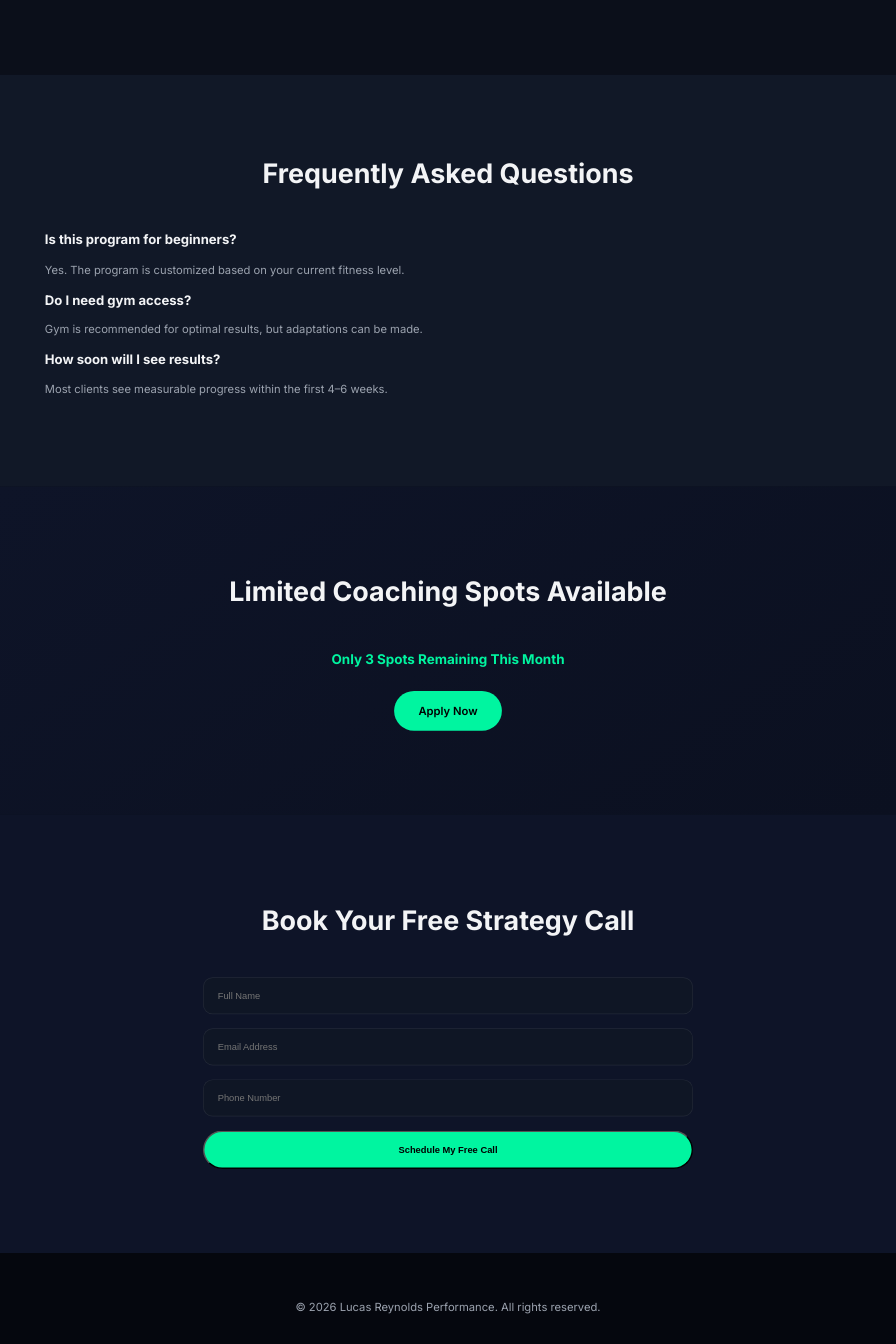
Repository: davidfsillva/Landing-page-pro
Page: index.html
These files come from the project's save history. The page is drawn as it stood at one moment and after the next save; the edit follows.
The browser window is 1280 px wide. The pictures show the part of the page from y = 4580 to 6500 px (the page is 6525 px tall before and 6545 px after), at 70% of full size.

Above is the page before, as saved 2026-02-26 17:57:50.

### index.html
<!DOCTYPE html>
<html lang="en">
<head>
    <!-- ================= BASIC META ================= -->
    <meta charset="UTF-8">
    <meta name="viewport" content="width=device-width, initial-scale=1.0, maximum-scale=5.0">
    <meta name="robots" content="index, follow">
    <link rel="canonical" href="https://www.lucasreynolds.com">

    <!-- ================= SEO ================= -->
    <title>Lucas Reynolds | Elite Personal Trainer</title>
    <meta name="description" content="Elite personal training focused on fat loss, muscle building and peak performance. Customized programs, strategic nutrition and real accountability. Book your free fitness consultation today.">

    <!-- ================= OPEN GRAPH ================= -->
    <meta property="og:title" content="Lucas Reynolds | Transform Your Body in 90 Days">
    <meta property="og:description" content="Personalized training programs with proven results. Limited spots available.">
    <meta property="og:type" content="website">
    <meta property="og:image" content="https://placehold.co/1200x630/0B1020/00FF99?text=LUCAS+REYNOLDS">
    <meta property="og:url" content="https://www.lucasreynolds.com">
    <meta name="twitter:card" content="summary_large_image">

    <!-- FONTS -->
    <link rel="preconnect" href="https://fonts.googleapis.com">
    <link href="https://fonts.googleapis.com/css2?family=Inter:wght@300;400;600;700;800&display=swap" rel="stylesheet">

    <link rel="stylesheet" href="style.css">
</head>

<body>

<header class="header">
  <div class="container header-flex">
      <div class="logo">LUCAS REYNOLDS</div>

      <button class="menu-toggle" id="menuToggle">☰</button>

      <nav class="nav" id="nav">
        <a href="#home">Home</a>
        <a href="#about">About</a>
        <a href="#method">Method</a>
        <a href="#results">Results</a>
        <a href="#contact" class="nav-cta">Book Call</a>
      </nav>
  </div>
</header>

<main>

<!-- HERO -->
<section id="home" class="hero">
    <div class="hero-overlay"></div>
    <div class="container hero-grid">

        <div class="hero-content">
            <div class="hero-badge">
                Trusted by 320+ Clients Worldwide
            </div>

            <h1>
                BUILD YOUR ELITE BODY
                <span>IN 90 DAYS.</span>
            </h1>

            <p>
                High-performance coaching for ambitious men who want visible results,
                structured training and real accountability.
            </p>

            <div class="hero-buttons">
                <a href="#contact" class="btn btn-primary">
                    Book Free Strategy Call
                </a>
            </div>

            <div class="hero-proof">
                <div>
                    <strong>320+</strong>
                    <small>Transformations</small>
                </div>

                <div>
                    <strong>8+ Years</strong>
                    <small>Experience</small>
                </div>
            </div>
        </div>

    </div>
</section>

<!-- AUTHORITY -->
<section class="section authority">
    <div class="container">
        <h2>Proven Performance Coaching</h2>

        <div class="grid-3">
            <div class="card">
                <h3>Certified Performance Specialist</h3>
                <p>Advanced certifications in strength training, nutrition strategy and metabolic optimization.</p>
            </div>

            <div class="card">
                <h3>8+ Years of Experience</h3>
                <p>Coaching executives, entrepreneurs and high-performing professionals worldwide.</p>
            </div>

            <div class="card">
                <h3>Data-Driven Approach</h3>
                <p>Every decision is backed by measurable performance metrics and structured progression.</p>
            </div>
        </div>
    </div>
</section>

<!-- ABOUT (Problem) -->
<section id="about" class="section">
    <div class="container">
        <h2>Why Most People Fail</h2>

        <div class="grid-3">

            <div class="card">
                <h3>Generic Workouts</h3>
                <p>Most programs are copied from the internet and built for everyone — which means they’re built for no one.</p>
            </div>

            <div class="card">
                <h3>Poor Nutrition</h3>
                <p>Extreme dieting, random calorie cutting and unsustainable routines destroy consistency.</p>
            </div>

            <div class="card">
                <h3>No Accountability</h3>
                <p>Without structured guidance and weekly adjustments, discipline fades fast.</p>
            </div>

        </div>
    </div>
</section>

<!-- SOLUTION BRIDGE -->
<section class="section section-dark solution">
    <div class="container">
        <h2>The Solution: Structure + Strategy + Accountability</h2>
        <p class="section-sub">
            Real transformation happens when training, nutrition and mindset work together.
        </p>
    </div>
</section>

<!-- METHOD -->
<section id="method" class="section section-dark">
    <div class="container">
        <h2>The Reynolds Method</h2>

        <div class="method-list">
            <div class="method-item" data-step="01">
                <strong>Full Performance Assessment</strong>
                <p>Deep evaluation before building your transformation plan.</p>
            </div>

            <div class="method-item" data-step="02">
                <strong>Precision Custom Program</strong>
                <p>Engineered around your specific goals with measurable benchmarks.</p>
            </div>

            <div class="method-item" data-step="03">
                <strong>Strategic Nutrition System</strong>
                <p>Structured framework aligned with metabolism and lifestyle.</p>
            </div>

            <div class="method-item" data-step="04">
                <strong>Elite Accountability Protocol</strong>
                <p>Weekly tracking and strategic adjustments.</p>
            </div>
        </div>
    </div>
</section>

<!-- BENEFITS -->
<section class="section benefits">
    <div class="container">
        <h2>What You’ll Achieve</h2>

        <div class="grid-3">
            <div class="card">
                <h3>Visible Fat Loss</h3>
                <p>Reduce body fat while preserving lean muscle mass.</p>
            </div>

            <div class="card">
                <h3>Lean Muscle Gain</h3>
                <p>Build a strong, aesthetic and high-performance physique.</p>
            </div>

            <div class="card">
                <h3>Peak Confidence</h3>
                <p>Develop discipline and mindset that extend beyond the gym.</p>
            </div>
        </div>
    </div>
</section>

<!-- RESULTS -->
<section id="results" class="section">
    <div class="container">
        <h2>Transformation Case Study Concepts</h2>

        <div class="grid-3">

            <div class="testimonial">
                <img src="img/card1.webp" alt="Fitness transformation concept">
                <p>"In 16 weeks, measurable strength gains and fat reduction."</p>
                <span>Sample Case Study Concept</span>
            </div>

            <div class="testimonial">
                <img src="img/card2.webp" alt="Fitness coaching concept">
                <p>"Structured check-ins created sustainable progress."</p>
                <span>Sample Case Study Concept</span>
            </div>

            <div class="testimonial">
                <img src="img/card3.webp" alt="Elite fitness result concept">
                <p>"Personalized programming transformed performance."</p>
                <span>Sample Case Study Concept</span>
            </div>

        </div>
    </div>
</section>

<!-- FAQ -->
<section class="section section-dark faq">
    <div class="container">
        <h2>Frequently Asked Questions</h2>

        <div class="faq-item">
            <h3>Is this program for beginners?</h3>
            <p>Yes. The program is customized based on your current fitness level.</p>
        </div>

        <div class="faq-item">
            <h3>Do I need gym access?</h3>
            <p>Gym is recommended for optimal results, but adaptations can be made.</p>
        </div>

        <div class="faq-item">
            <h3>How soon will I see results?</h3>
            <p>Most clients see measurable progress within the first 4–6 weeks.</p>
        </div>
    </div>
</section>

<!-- LIMITED SPOTS -->
<section class="section section-dark urgency">
    <div class="container">
        <h2>Limited Coaching Spots Available</h2>

        <div class="urgency-highlight">
            <strong>Only 3 Spots Remaining This Month</strong>
        </div>

        <a href="#contact" class="btn btn-primary">Apply Now</a>
    </div>
</section>

<!-- CONTACT -->
<section id="contact" class="section cta">
    <div class="container contact-container">

        <h2>Book Your Free Strategy Call</h2>

        <form class="form contact-form">

            <div class="input-group">
                <input type="text" placeholder="Full Name" required>
            </div>

            <div class="input-group">
                <input type="email" placeholder="Email Address" required>
            </div>

            <div class="input-group">
                <input type="tel" placeholder="Phone Number" required>
            </div>

            <button type="submit" class="btn btn-primary btn-full">
                Schedule My Free Call
            </button>

        </form>
    </div>
</section>

</main>

<footer class="footer">
    <div class="container">
        <p>© 2026 Lucas Reynolds Performance. All rights reserved.</p>
    </div>
</footer>

<script src="script.js"></script>
</body>
</html>

### style.css
/* ===============================
   RESET
=================================*/
*,
*::before,
*::after {
    margin: 0;
    padding: 0;
    box-sizing: border-box;
}

/* ===============================
   VARIABLES
=================================*/
:root {
    --bg: #0B0F1A;
    --bg-dark: #111827;
    --card: #161F2E;

    --text: #F3F4F6;
    --muted: #9CA3AF;

    --accent: #00F5A0;

    --radius: 18px;
    --transition: 0.35s ease;
}

/* ===============================
   BASE
=================================*/
body {
    font-family: 'Inter', sans-serif;
    background: var(--bg);
    color: var(--muted);
    line-height: 1.6;
    overflow-x: hidden;
}

.container {
    width: 90%;
    max-width: 1200px;
    margin: auto;
}

.section {
    padding: 110px 0;
}

.section-dark {
    background: var(--bg-dark);
}

h1, h2, h3 {
    color: var(--text);
}

h1 {
    font-size: clamp(2rem, 4vw, 3rem);
    line-height: 1.2;
}

h1 span {
    color: var(--accent);
}

h2 {
    font-size: clamp(1.8rem, 3vw, 2.4rem);
    margin-bottom: 50px;
    text-align: center;
}

p {
    margin: 15px 0;
}

a {
    text-decoration: none;
}

.nav a.active {
    color: var(--accent);
    font-weight: 600;
}

/* ===============================
   BUTTONS
=================================*/
.btn {
    display: inline-block;
    padding: 16px 35px;
    border-radius: 50px;
    font-weight: 600;
    transition: var(--transition);
    cursor: pointer;
}

.btn-primary {
    background: var(--accent);
    color: #000;
}

.btn-primary:hover {
    transform: translateY(-4px);
    box-shadow: 0 15px 35px -10px rgba(0,245,160,0.6);
}

/* ===============================
   HEADER
=================================*/
.header {
    position: fixed;
    width: 100%;
    background: rgba(11,15,26,0.85);
    backdrop-filter: blur(10px);
    padding: 20px 0;
    z-index: 1000;
}

.header-flex {
    display: flex;
    justify-content: space-between;
    align-items: center;
}

.logo {
    font-weight: 800;
    color: var(--accent);
    letter-spacing: 1px;
}

.nav {
    display: flex;
    gap: 30px;
}

.nav a {
    color: var(--muted);
    font-weight: 500;
    transition: var(--transition);
}

.nav a:hover {
    color: var(--accent);
}

.nav-cta {
    color: var(--accent);
}

.menu-toggle {
    display: none;
    background: none;
    border: none;
    color: var(--accent);
    font-size: 1.6rem;
}

/* ===============================
   HERO
=================================*/
.hero {
    height: 100vh;
    display: flex;
    align-items: center;
    background: url('img/pexels-ardit-mbrati-216809103-18187618.jpg') center right/cover no-repeat;
    position: relative;
    padding-top: 100px;
}

.hero-overlay {
    position: absolute;
    inset: 0;
    background: linear-gradient(270deg, rgba(11,15,26,0.2), rgba(11,15,26,1));
}

.hero-grid {
    position: relative;
}

.hero-content {
    max-width: 600px;
}

.hero-badge {
    background: rgba(0,245,160,0.1);
    color: var(--accent);
    padding: 8px 18px;
    border-radius: 50px;
    display: inline-block;
    margin-bottom: 25px;
    font-size: 0.85rem;
}

.hero-proof {
    display: flex;
    gap: 50px;
    margin-top: 40px;
}

.hero-proof strong {
    color: var(--accent);
    font-size: 1.6rem;
    display: block;
}

/* ===============================
   GRID SYSTEM
=================================*/
.grid-3 {
    display: grid;
    grid-template-columns: repeat(3, 1fr);
    gap: 35px;
}

/* ===============================
   CARD
=================================*/
.card,
.testimonial {
    background: linear-gradient(145deg, #121A2B, #0E1524);
    padding: 40px 30px;
    border-radius: var(--radius);
    border: 1px solid rgba(255,255,255,0.04);
    transition: var(--transition);
}

.card:hover,
.testimonial:hover {
    transform: translateY(-10px);
    border-color: var(--accent);
    box-shadow: 0 25px 60px -20px rgba(0,245,160,0.4);
}

.card h3 {
    color: var(--accent);
    margin-bottom: 15px;
}

/* ===============================
   METHOD
=================================*/
.method-list {
    display: grid;
    gap: 30px;
    margin-top: 60px;
}

.method-item {
    position: relative;
    background: linear-gradient(145deg, #141C2F, #0F1625);
    padding: 35px 40px 35px 90px;
    border-radius: var(--radius);
    border: 1px solid rgba(255,255,255,0.05);
    transition: var(--transition);
    overflow: hidden; /* IMPORTANTE */

}

.method-item::before {
    content: "";
    position: absolute;
    left: 0;
    top: 0;
    width: 6px;
    height: 100%;
    background: var(--accent);
    border-top-left-radius: var(--radius);
    border-bottom-left-radius: var(--radius);
}

.method-item::after {
    content: attr(data-step);
    position: absolute;
    right: 30px;
    top: 20px;
    font-size: 4rem;
    font-weight: 800;
    color: rgba(255,255,255,0.05);
}

.method-item:hover {
    transform: translateY(-10px);
    border-color: var(--accent);
    box-shadow: 0 25px 60px -20px rgba(0,245,160,0.4);
}

.method-item strong {
    display: block;
    color: var(--text);
    margin-bottom: 10px;
}

.solution {
    text-align: center;
}

.section-sub {
    max-width: 650px;
    margin: 0 auto;
    font-size: 1rem;
    color: var(--muted);
}

/* ===============================
   TESTIMONIAL
=================================*/
#results {
    text-align: center;
}

.testimonial {
    text-align: center;
}

.testimonial img {
    width: 100%;
    border-radius: 14px;
    margin-bottom: 20px;
}

.testimonial span {
    display: block;
    margin-top: 15px;
    font-weight: 600;
    color: var(--accent);
}

/* ===============================
   URGENCY
=================================*/
.urgency {
    text-align: center;
    background: linear-gradient(145deg, #0E1428, #0B1020);
    padding: 120px 0;
}

.urgency-highlight {
    margin: 30px 0;
    font-size: 1.2rem;
    color: var(--accent);
}

/* ===============================
   CONTACT
=================================*/
.cta {
    background: #0E1428;
    text-align: center;
    padding: 120px 0;
}

.contact-container {
    max-width: 700px;
    margin: auto;
}

.contact-form {
    display: flex;
    flex-direction: column;
    gap: 20px;
}

.contact-form input {
    width: 100%;
    padding: 18px 20px;
    border-radius: 14px;
    border: 1px solid rgba(255,255,255,0.08);
    background: #0F1625;
    color: var(--text);
    transition: var(--transition);
}

.contact-form input:focus {
    border-color: var(--accent);
    box-shadow: 0 0 0 4px rgba(0,245,160,0.15);
    outline: none;
}

.btn-full {
    width: 100%;
    padding: 18px;
    font-weight: 700;
}

/* ===============================
   FOOTER
=================================*/
.footer {
    padding: 50px 0;
    text-align: center;
    background: #05070E;
}

/* ===============================
   SCROLL REVEAL PREP
=================================*/
.reveal {
    opacity: 0;
    transform: translateY(40px);
    transition: 0.8s ease;
}

.reveal.active {
    opacity: 1;
    transform: translateY(0);
}

/* ===============================
   RESPONSIVE
=================================*/
@media (max-width: 992px) {
    .grid-3 {
        grid-template-columns: repeat(2, 1fr);
    }
}

@media (max-width: 768px) {

    .nav {
        display: none;
        flex-direction: column;
        background: var(--bg-dark);
        position: absolute;
        top: 80px;
        right: 20px;
        padding: 20px;
        border-radius: 12px;
    }

    .nav.active {
        display: flex;
    }

    .menu-toggle {
        display: block;
    }

    .grid-3 {
        grid-template-columns: 1fr;
    }

    .hero-proof {
        flex-direction: column;
        gap: 20px;
    }

    .hero {
        background-position: center;
    }
}

Loaded but not shown: script.js (152 lines, source omitted)

After the next save:
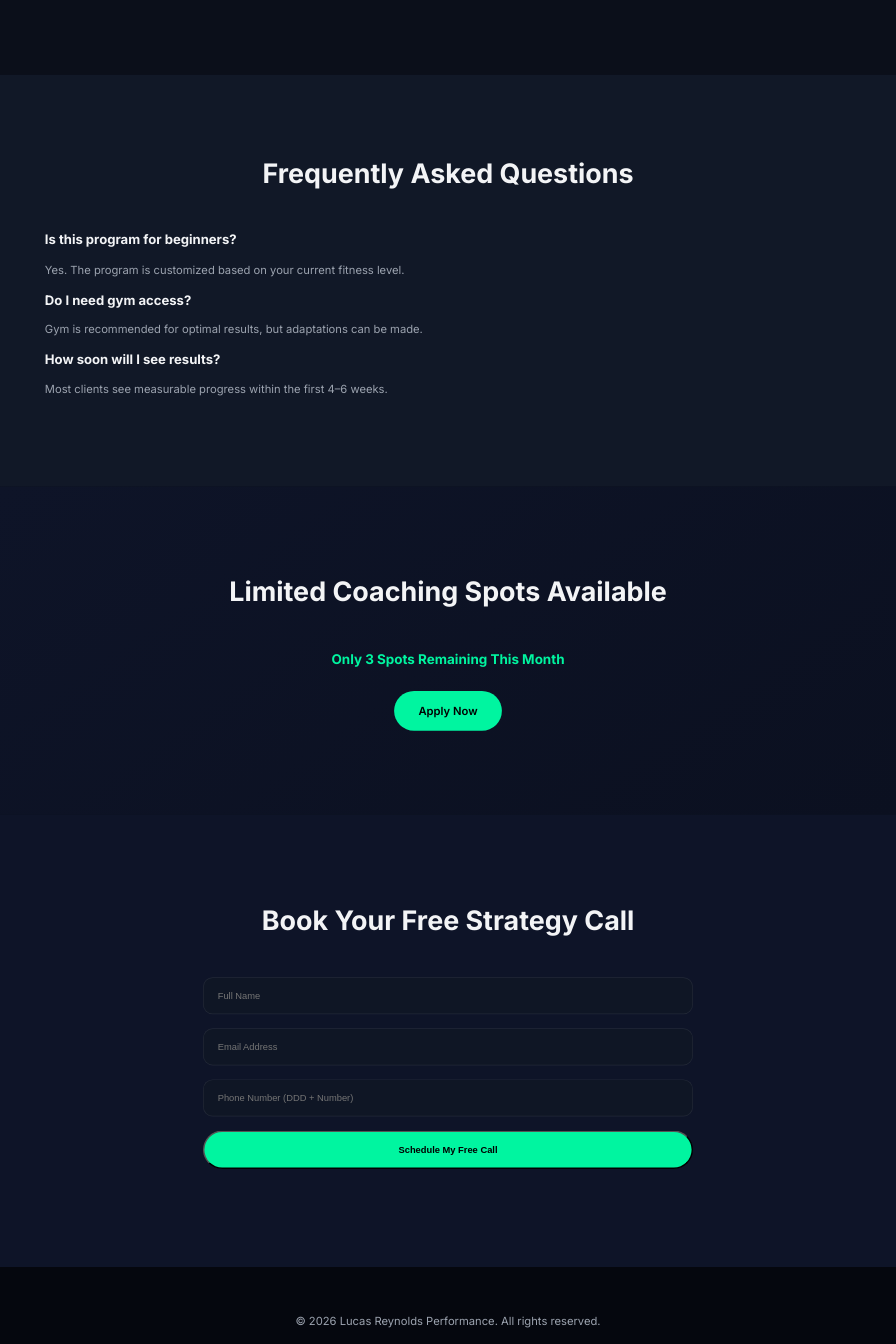
Saved 6 min 6 s later.
--- a/index.html
+++ b/index.html
@@ -271,25 +271,46 @@
 
         <h2>Book Your Free Strategy Call</h2>
 
-        <form class="form contact-form">
-
-            <div class="input-group">
-                <input type="text" placeholder="Full Name" required>
-            </div>
-
-            <div class="input-group">
-                <input type="email" placeholder="Email Address" required>
-            </div>
-
-            <div class="input-group">
-                <input type="tel" placeholder="Phone Number" required>
-            </div>
-
-            <button type="submit" class="btn btn-primary btn-full">
-                Schedule My Free Call
-            </button>
-
-        </form>
+<form id="leadForm" class="form contact-form">
+
+    <div class="input-group">
+        <input
+            type="text"
+            id="nome"
+            name="nome"
+            placeholder="Full Name"
+            required
+        >
+    </div>
+
+    <div class="input-group">
+        <input
+            type="email"
+            id="email"
+            name="email"
+            placeholder="Email Address"
+            required
+        >
+    </div>
+
+    <div class="input-group">
+        <input
+            type="tel"
+            id="telefone"
+            name="telefone"
+            placeholder="Phone Number (DDD + Number)"
+            required
+        >
+    </div>
+
+    <button type="submit" class="btn btn-primary btn-full">
+        Schedule My Free Call
+    </button>
+
+    <!-- Feedback Message -->
+    <div id="formFeedback" class="form-feedback"></div>
+
+</form>
     </div>
 </section>
 
